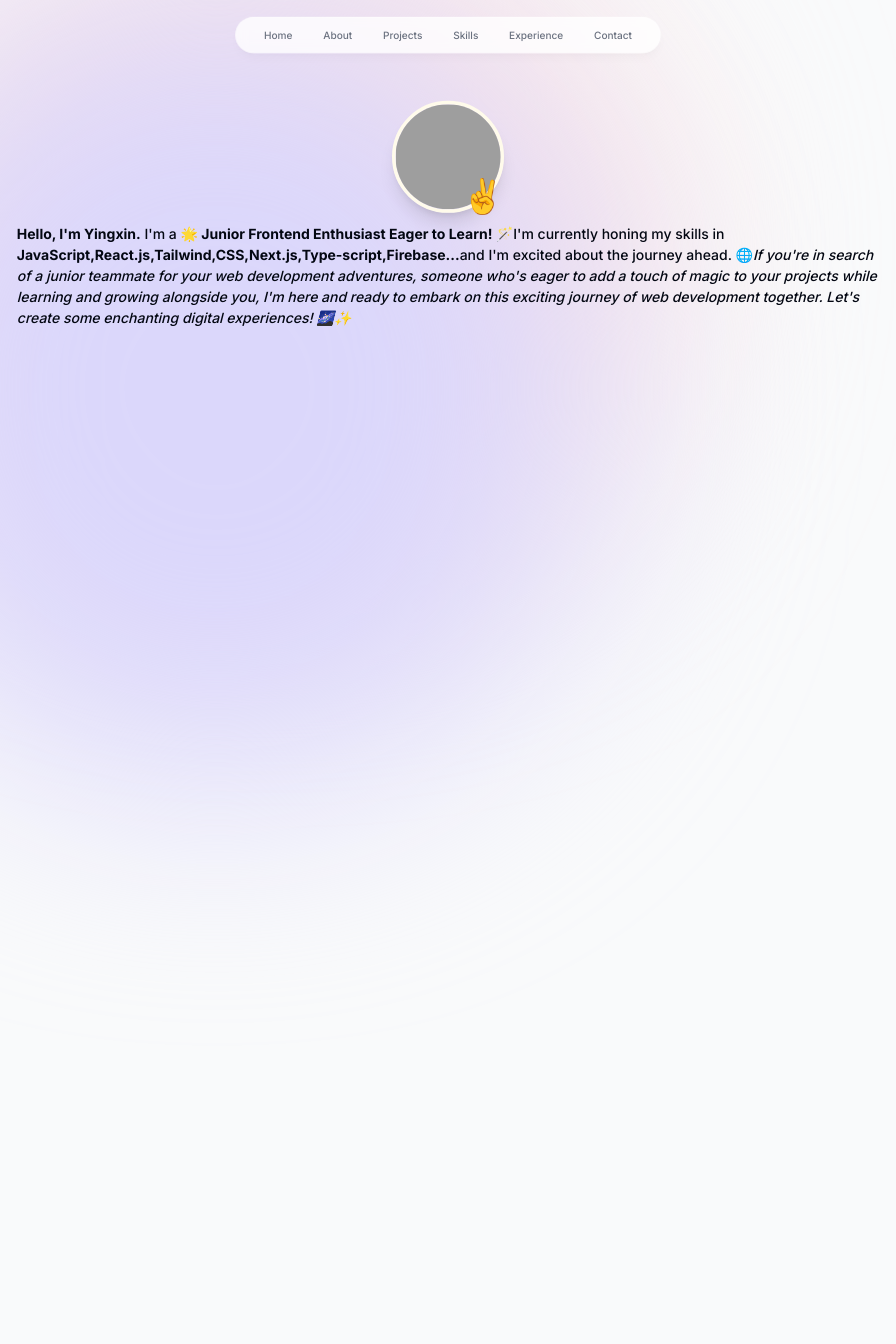
Repository: Tracy-maker/portfolio_website
Page: /
These files come from the project's save history. The page is drawn as it stood at one moment and after the next save; the edit follows.
The browser window is 1280 px wide. The pictures show the part of the page from y = 0 to 1920 px (the page is 5000 px tall), at 70% of full size.
Pictures or frames that could not be fetched are drawn as grey boxes. The project was rebuilt for these pictures with package versions that can differ from the ones it lists, and the page was loaded fresh each time. The framework's server and built-in components were replaced by stand-ins that run in the browser. Also part of the build but not shown: next.config.js.

Above is the page before, as saved 2023-10-02 18:04:05.

### app/layout.tsx
import Header from "@/components/header";
import "./globals.css";
import type { Metadata } from "next";
import { Inter } from "next/font/google";

const inter = Inter({ subsets: ["latin"] });

export const metadata: Metadata = {
  title: "Yingxin_Zhang | Portfolio",
  description: "Yingxin_Zhang is a front-end developer",
};

export default function RootLayout({
  children,
}: {
  children: React.ReactNode;
}) {
  return (
    <html lang="en">
      <body
        className={`${inter.className} bg-gray-50 text-gray-950 relative h-[5000px] pt-28 sm:pt-36`}
      >
        <div className="bg-[#fbe2e3] absolute top-[-6rem] -z-10 right-[21rem] h-[56.25rem] w-[31.25rem] rounded-full blur-[10rem] sm:w-[68.75rem]"></div>
        <div className="bg-[#dbd7fb] absolute top-[-1rem] -z-10 left-[-45rem] h-[71.25rem] w-[-30rem] rounded-full blur-[10rem] sm:w-[68.75rem] md:left-[-33rem] lg:left-[-28rem] xl:left-[-15rem] 2xl:left-[-5rem]"></div>
        <Header />
        {children}
      </body>
    </html>
  );
}

### app/page.tsx
import Intro from "@/components/intro";
import Image from "next/image";

export default function Home() {
  return (
    <main className="">
      <Intro />
    </main>
  );
}

### components/header.tsx
"use client";
import { motion } from "framer-motion";
import { links } from "@/lib/data";
import Link from "next/link";

export default function Header() {
  return (
    <header className="z-[999] relative">
      <motion.div
        className="fixed top-0 left-1/2 h-[4.5rem] w-full
        rounded-none border border-white border-opacity-40
        bg-white bg-opacity-80 shadow-lg shadow-black/[0.03]
        backdrop-blur-[0.5rem] sm:top-6 sm:h-[3.25rem] sm:w-[38rem] sm:rounded-full"
        initial={{ y: -100, x: "-50%", opacity: 0 }}
        animate={{ y: 0, x: "-50%", opacity: 1 }}
      ></motion.div>

      <nav className="flex fixed top-[0.15rem] left-1/2 h-12 -translate-x-1/2 py-2 sm:top-[1.7rem] sm:h-[initial] sm:py-0">
        <ul className="flex w-[22rem] flex-wrap items-center justify-center gap-y-1 text-[0.9rem] font-medium text-gray-500 sm:w-[initial] sm:flex-nowrap sm:gap-5">
          {links.map((link) => (
            <motion.li
              className="h-3/4 flex items-center justify-center relative"
              key={link.hash}
              initial={{ y: -100, opacity: 0 }}
              animate={{ y: 0, opacity: 1 }}
            >
              <Link
                className="flex w-full items-center justify-center px-3 py-3 hover:text-gray-950 transition"
                href={link.hash}
              >
                {link.name}
              </Link>
            </motion.li>
          ))}
        </ul>
      </nav>
    </header>
  );
}

### components/intro.tsx
"use client";

import Image from "next/image";
import React from "react";
import { motion } from "framer-motion";

export default function Intro() {
  return (
    <section>
      <div className="flex items-center justify-center">
        <div className="relative">
          <motion.div
            initial={{ opacity: 0, scale: 0 }}
            animate={{ opacity: 1, scale: 1 }}
            transition={{
              type: "tween",
              duration: 0.2,
            }}
          >
            <Image
              src="https://i.ibb.co/MRHHtS5/Wechat-IMG7.jpg"
              alt="Personal image"
              width="300"
              height="300"
              quality="90"
              priority={true}
              className="h-40 w-40 rounded-full object-cover border-[0.35rem] border-amber-50 shadow-xl"
            />
          </motion.div>

          <motion.span
            className="absolute bottom-0 right-0 text-5xl"
            initial={{ opacity: 0, scale: 0 }}
            animate={{ opacity: 1, scale: 1 }}
            transition={{
              type: "spring",
              stiffness: 125,
              delay: 0.1,
              duration: 0.7,
            }}
          >
            ✌️
          </motion.span>
        </div>
      </div>
      <motion.h6
        className="mb-10 mt-4 px-6 text-l font-medium !leading-[1.5] sm:text-xl"
        initial={{ opacity: 0, y: 100 }}
        animate={{ opacity: 1, y: 0 }}
      >
        <span className="font-bold">Hello, I'm Yingxin.</span> I'm a{" "}
        <span className="font-bold">
          🌟 Junior Frontend Enthusiast Eager to Learn! 🪄
        </span>
        I'm currently honing my skills in
        <span className="font-bold">
          {""} JavaScript,React.js,Tailwind,CSS,Next.js,Type-script,Firebase...
        </span>
        and I'm excited about the journey ahead. 🌐
        {""}
        <span className="italic">
          If you're in search of a junior teammate for your web development
          adventures, someone who's eager to add a touch of magic to your
          projects while learning and growing alongside you, I'm here and ready
          to embark on this exciting journey of web development together. Let's
          create some enchanting digital experiences! 🌌✨
        </span>
      </motion.h6>
    </section>
  );
}

### lib/data.ts
import React from "react";
import { CgWorkAlt } from "react-icons/cg";
import { FaReact } from "react-icons/fa";
import { LuGraduationCap } from "react-icons/lu";
import p1Img from "@/public/p1.png";
import p2Img from "@/public/p2.png";
import p3Img from "@/public/p3.png";

export const links = [
  {
    name: "Home",
    hash: "#home",
  },
  {
    name: "About",
    hash: "#about",
  },
  {
    name: "Projects",
    hash: "#projects",
  },
  {
    name: "Skills",
    hash: "#skills",
  },
  {
    name: "Experience",
    hash: "#experience",
  },
  {
    name: "Contact",
    hash: "#contact",
  },
] as const;

export const experiencesData = [
  {
    title: "Graduated bootcamp",
    location: "Miami, FL",
    description:
      "I graduated after 6 months of studying. I immediately found a job as a front-end developer.",
    icon: React.createElement(LuGraduationCap),
    date: "2019",
  },
  {
    title: "Front-End Developer",
    location: "Orlando, FL",
    description:
      "I worked as a front-end developer for 2 years in 1 job and 1 year in another job. I also upskilled to the full stack.",
    icon: React.createElement(CgWorkAlt),
    date: "2019 - 2021",
  },
  {
    title: "Full-Stack Developer",
    location: "Houston, TX",
    description:
      "I'm now a full-stack developer working as a freelancer. My stack includes React, Next.js, TypeScript, Tailwind, Prisma and MongoDB. I'm open to full-time opportunities.",
    icon: React.createElement(FaReact),
    date: "2021 - present",
  },
] as const;

export const projectsData = [
  {
    title: "CorpComment",
    description:
      "I worked as a full-stack developer on this startup project for 2 years. Users can give public feedback to companies.",
    tags: ["React", "Next.js", "MongoDB", "Tailwind", "Prisma"],
    imageUrl: p1Img,
  },
  {
    title: "rmtDev",
    description:
      "Job board for remote developer jobs. I was the front-end developer. It has features like filtering, sorting and pagination.",
    tags: ["React", "TypeScript", "Next.js", "Tailwind", "Redux"],
    imageUrl: p2Img,
  },
  {
    title: "Word Analytics",
    description:
      "A public web app for quick analytics on text. It shows word count, character count and social media post limits.",
    tags: ["React", "Next.js", "SQL", "Tailwind", "Framer"],
    imageUrl: p3Img,
  },
] as const;

export const skillsData = [
  "HTML",
  "CSS",
  "JavaScript",
  "TypeScript",
  "React",
  "Next.js",
  "Git",
  "MUI-material",
  "Tailwind",
  "REST-API",
  "PostgreSQL",
  "Framer Motion",
] as const;

Loaded but not shown: app/globals.css (common file); tailwind.config.ts (common file)

After the next save:
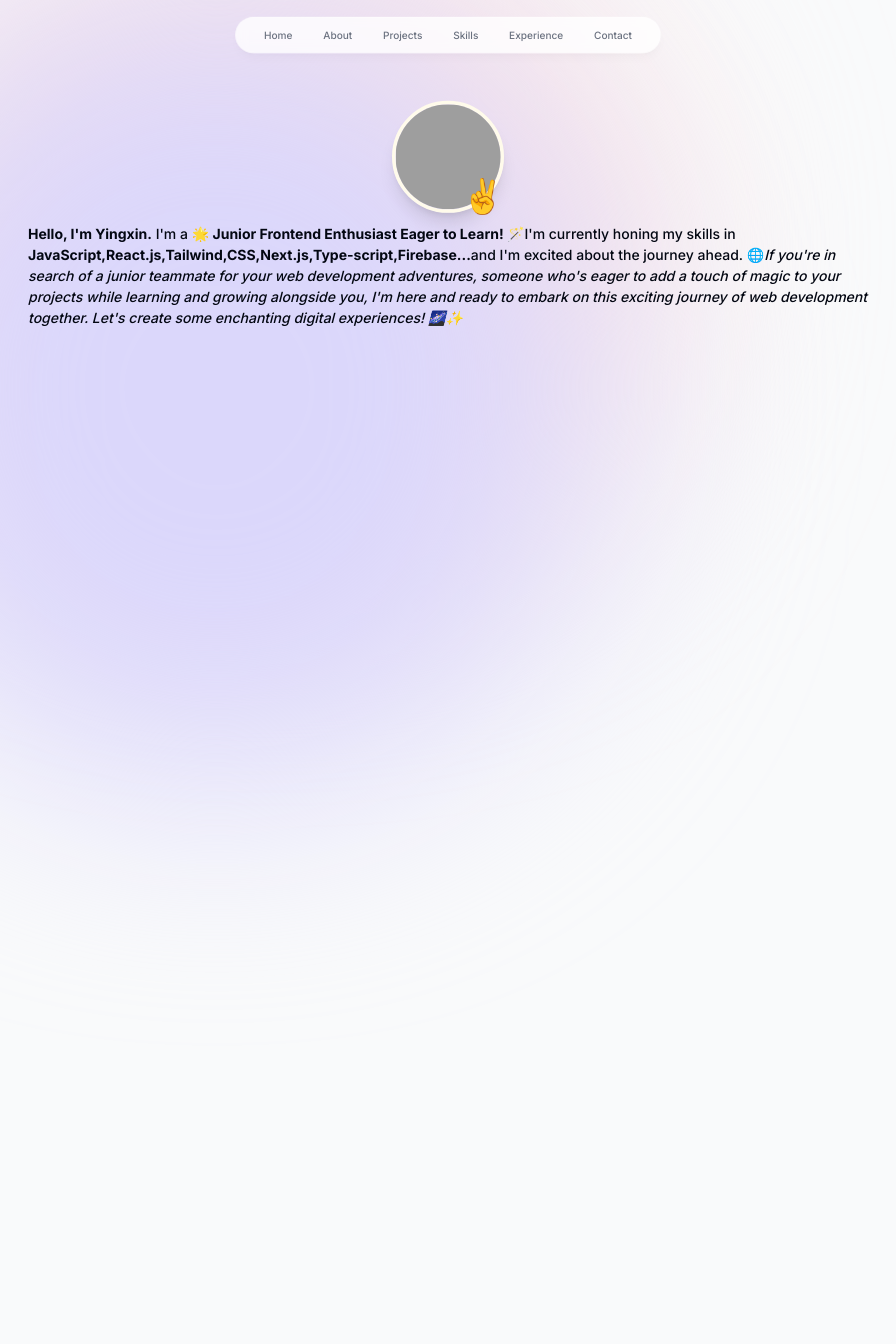
Saved 6 s later.
--- a/components/intro.tsx
+++ b/components/intro.tsx
@@ -44,7 +44,7 @@ export default function Intro() {
         </div>
       </div>
       <motion.h6
-        className="mb-10 mt-4 px-6 text-l font-medium !leading-[1.5] sm:text-xl"
+        className="mb-10 mt-4 px-10 text-l font-medium !leading-[1.5] sm:text-xl"
         initial={{ opacity: 0, y: 100 }}
         animate={{ opacity: 1, y: 0 }}
       >
